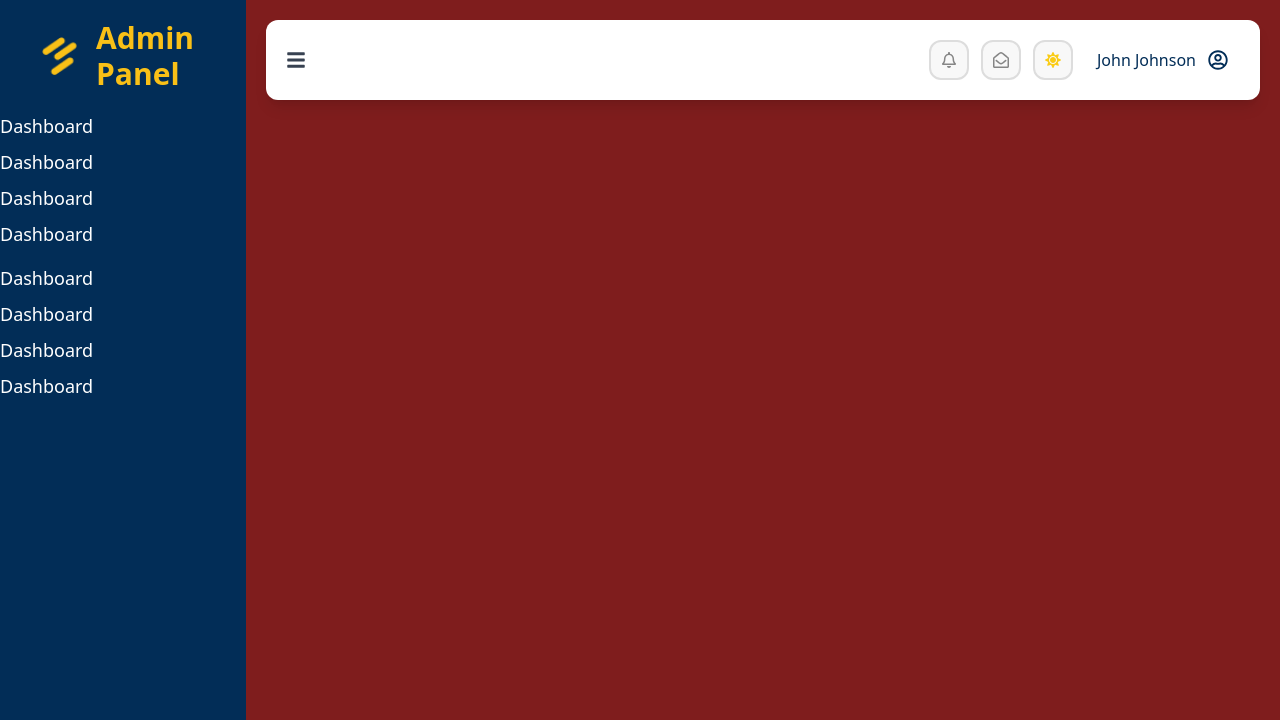
Repository: farrelmuhammad/redesign-bo
Page: /
An editor plug-in stored every save of this project. The page is shown before and after the next save, followed by the edit.
The browser window is 1280 px wide. The pictures show the whole page.
The project was rebuilt for these pictures with package versions that can differ from the ones it lists, and the page was loaded fresh each time. Also part of the build but not shown: src/App.css.

Above is the page before, as saved 2024-03-02 19:44:27.

### src/App.tsx
import React from 'react';
import logo from './logo.svg';
import './App.css';
import Navbar from './components/Navbar';
import Sidebar from './components/Sidebar';

function App() {
  return (
    <section className='bg-red-900 h-screen w-screen flex font-poppins text-white'>
      <Sidebar />
      <Navbar />
    </section>
  );
}

export default App;

### src/components/Navbar.tsx
import React from 'react'
import { FaBars, FaMoon, FaRegBell, FaRegEnvelopeOpen, FaRegUserCircle, FaSun } from "react-icons/fa";

const Navbar = () => {
    return (
        <nav className='bg-white h-20 w-full flex flex-row justify-between items-center px-5 m-5 rounded-xl shadow-lg'>
            <div className="flex flex-1 justify-start items-center">
                <button className='text-xl text-gray-700 hover:text-black'>
                    <FaBars />
                </button>
            </div>
            <div className="flex flex-1 flex-row gap-3 justify-end items-end">
                <button className='flex justify-center items-center h-10 w-10 text-[#868686] bg-[#F8F8F8] rounded-xl border-[2px] border-[#DDDDDD] hover:border-gray-500 hover:text-gray-500'>
                    <FaRegBell />
                </button>
                <button className='flex justify-center items-center h-10 w-10 text-[#868686] bg-[#F8F8F8] rounded-xl border-[2px] border-[#DDDDDD] hover:border-gray-500 hover:text-gray-500'>
                    <FaRegEnvelopeOpen />
                </button>
                <button className='flex justify-center items-center h-10 w-10 rounded-xl border-[2px] border-[#DDDDDD] bg-[#F8F8F8] text-yellow-400 hover:border-gray-500 hover:text-yellow-500'>
                    <FaSun />
                    {/* <FaMoon /> */}
                </button>
                <button className='flex flex-row justify-center items-center py-2 px-3 gap-3 text-[#022D57] hover:text-[#1e183a]'>
                    John Johnson <FaRegUserCircle className='text-xl' />
                </button>
            </div>
        </nav>
    )
}

export default Navbar

### src/components/Sidebar.tsx
import React from 'react'
import Logo from '../assets/images/Logo.png'

const Sidebar = () => {
    return (
        <aside className='flex flex-col h-full w-1/4 justify-start items-start bg-[#022D57] py-5'>
            <div className="flex flex-row h-20 justify-start gap-4 items-center px-10">
                <img className="h-10 w-10" src={Logo} alt="" />
                <h1 className='font-bold text-3xl text-[#F9C017]'>Admin Panel</h1>
            </div>
            <div className="flex flex-col h-full justify-start gap-4 items-start py-5">
                <ul className='flex flex-col gap-2 font-medium text-lg'>
                    <li>Dashboard</li>
                    <li>Dashboard</li>
                    <li>Dashboard</li>
                    <li>Dashboard</li>
                </ul>
                <ul className='flex flex-col gap-2 font-medium text-lg'>
                    <li>Dashboard</li>
                    <li>Dashboard</li>
                    <li>Dashboard</li>
                    <li>Dashboard</li>
                </ul>
            </div>
        </aside>
    )
}

export default Sidebar

Loaded but not shown: public/index.html (common file); src/index.tsx (common file); src/index.css (common file); src/reportWebVitals.ts (common file); tailwind.config.js (common file)

After the next save:
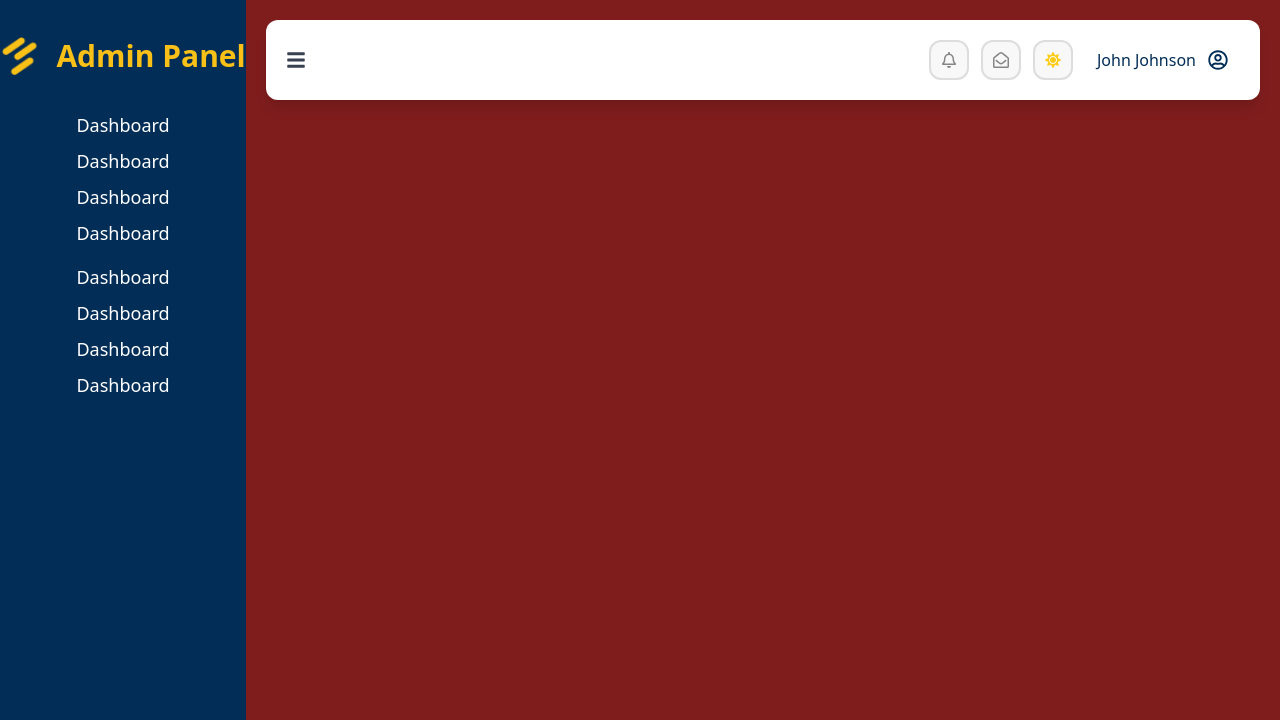
Saved 14 s later.
--- a/src/components/Sidebar.tsx
+++ b/src/components/Sidebar.tsx
@@ -3,8 +3,8 @@ import Logo from '../assets/images/Logo.png'
 
 const Sidebar = () => {
     return (
-        <aside className='flex flex-col h-full w-1/4 justify-start items-start bg-[#022D57] py-5'>
-            <div className="flex flex-row h-20 justify-start gap-4 items-center px-10">
+        <aside className='flex flex-col h-full w-1/4 justify-start items-center bg-[#022D57] py-5'>
+            <div className="flex flex-row h-20 justify-start gap-4 items-center">
                 <img className="h-10 w-10" src={Logo} alt="" />
                 <h1 className='font-bold text-3xl text-[#F9C017]'>Admin Panel</h1>
             </div>
